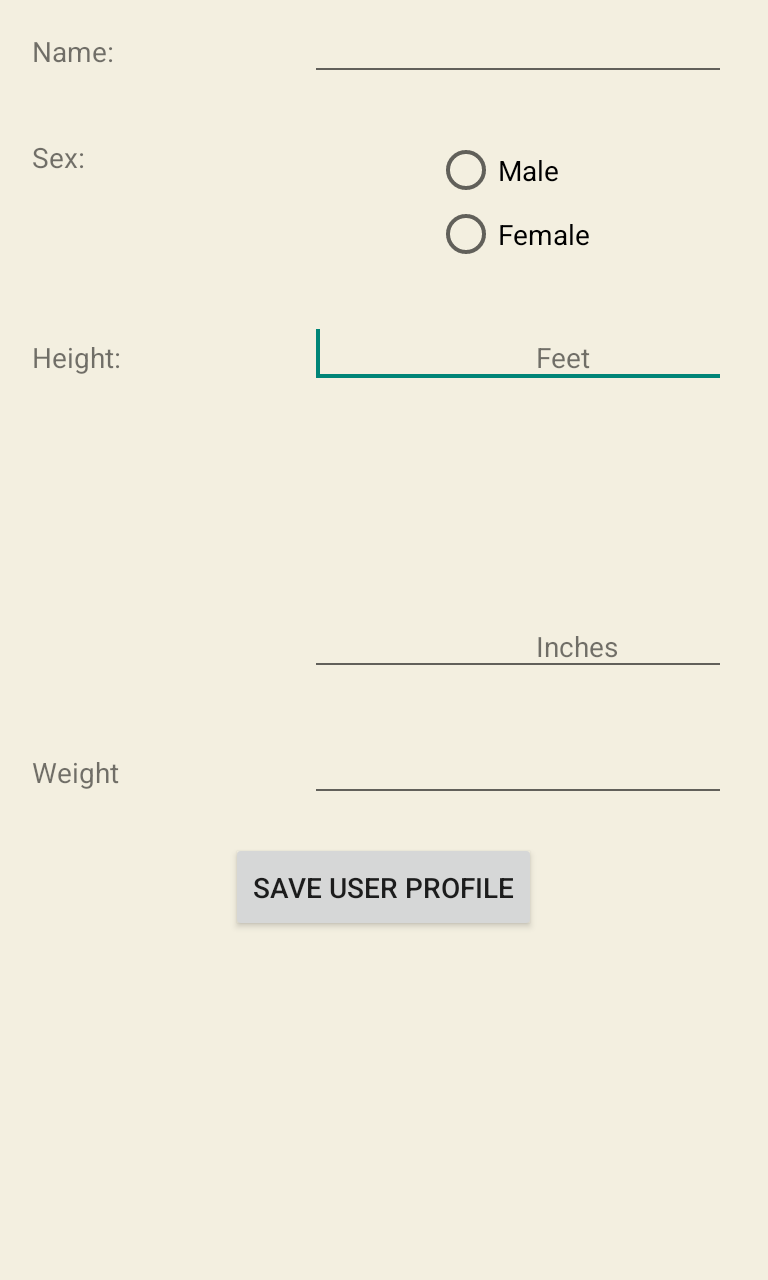
Repository: CS185Wingman/wingman
Layout: Workspace/wingman/res/layout/user_settings.xml
An editor plug-in stored every save of this project. The layout is shown before and after the next save, followed by the edit.
It is drawn on a 768 x 1280 px phone screen (xhdpi) without system bars, with theme AppTheme; the app's code is not run.

Above is the layout before, as saved 2014-06-06 04:23:19.

### Workspace/wingman/res/layout/user_settings.xml
<?xml version="1.0" encoding="utf-8"?>
<RelativeLayout xmlns:android="http://schemas.android.com/apk/res/android"
    android:layout_width="wrap_content"
    android:layout_height="wrap_content"
    android:background="@color/offwhite" >

    <TextView
        android:id="@+id/nameLabel"
        android:layout_width="wrap_content"
        android:layout_height="wrap_content"
        android:layout_alignParentLeft="true"
        android:layout_alignParentTop="true"
        android:layout_marginLeft="16dp"
        android:layout_marginTop="16dp"
        android:text="Name:" />

    <EditText
        android:id="@+id/nameField"
        android:layout_width="wrap_content"
        android:layout_height="wrap_content"
        android:layout_alignBaseline="@+id/nameLabel"
        android:layout_alignBottom="@+id/nameLabel"
        android:layout_alignParentRight="true"
        android:layout_marginRight="20dp"
        android:ems="10"
        android:inputType="textPersonName" />

    <TextView
        android:id="@+id/sexLabel"
        android:layout_width="wrap_content"
        android:layout_height="wrap_content"
        android:layout_alignLeft="@+id/nameLabel"
        android:layout_below="@+id/nameField"
        android:layout_marginTop="26dp"
        android:text="Sex:" />

    <RadioButton
        android:id="@+id/maleButton"
        android:layout_width="wrap_content"
        android:layout_height="wrap_content"
        android:layout_alignLeft="@+id/nameField"
        android:layout_alignTop="@+id/sexLabel"
        android:layout_marginLeft="63dp"
        android:text="Male" />

    <RadioButton
        android:id="@+id/femaleButton"
        android:layout_width="wrap_content"
        android:layout_height="wrap_content"
        android:layout_alignLeft="@+id/maleButton"
        android:layout_below="@+id/maleButton"
        android:text="Female" />

    <TextView
        android:id="@+id/heightLabel"
        android:layout_width="wrap_content"
        android:layout_height="wrap_content"
        android:layout_alignLeft="@+id/sexLabel"
        android:layout_below="@+id/femaleButton"
        android:layout_marginTop="36dp"
        android:text="Height:" />

    <EditText
        android:id="@+id/heightField"
        android:layout_width="wrap_content"
        android:layout_height="wrap_content"
        android:layout_alignBaseline="@+id/heightLabel"
        android:layout_alignBottom="@+id/heightLabel"
        android:layout_alignLeft="@+id/nameField"
        android:ems="10"
        android:inputType="number" >

        <requestFocus />
    </EditText>

    <EditText
        android:id="@+id/inchesField"
        android:layout_width="wrap_content"
        android:layout_height="wrap_content"
        android:layout_alignLeft="@+id/heightField"
        android:layout_alignRight="@+id/heightField"
        android:layout_centerVertical="true"
        android:ems="10"
        android:inputType="number" />

    <TextView
        android:id="@+id/feetLabel"
        android:layout_width="wrap_content"
        android:layout_height="wrap_content"
        android:layout_alignBaseline="@+id/heightField"
        android:layout_alignBottom="@+id/heightField"
        android:layout_alignRight="@+id/femaleButton"
        android:text="Feet" />

    <TextView
        android:id="@+id/inchesLabel"
        android:layout_width="wrap_content"
        android:layout_height="wrap_content"
        android:layout_alignBaseline="@+id/inchesField"
        android:layout_alignBottom="@+id/inchesField"
        android:layout_alignLeft="@+id/feetLabel"
        android:text="Inches" />

    <TextView
        android:id="@+id/weightLabel"
        android:layout_width="wrap_content"
        android:layout_height="wrap_content"
        android:layout_alignLeft="@+id/heightLabel"
        android:layout_below="@+id/inchesField"
        android:layout_marginTop="36dp"
        android:text="Weight" />

    <EditText
        android:id="@+id/weightField"
        android:layout_width="wrap_content"
        android:layout_height="wrap_content"
        android:layout_alignBaseline="@+id/weightLabel"
        android:layout_alignBottom="@+id/weightLabel"
        android:layout_alignLeft="@+id/inchesField"
        android:ems="10"
        android:inputType="number" />

    <Button
        android:id="@+id/saveSettingsButton"
        android:layout_width="wrap_content"
        android:layout_height="wrap_content"
        android:layout_below="@+id/weightField"
        android:layout_centerHorizontal="true"
        android:layout_marginTop="16dp"
        android:text="Save User Profile" />

</RelativeLayout>

### Workspace/wingman/res/values/colors.xml
<?xml version="1.0" encoding="utf-8"?>
<resources>
    <color name="red">#ff0000</color>
    <color name="green">#00ff00</color>
    <color name="orange">#ff6600</color>
    <color name="blue">#0066FF</color>
    <color name="grey">#696969</color>
    <color name="teal">#217c7e</color>
    <color name="offwhite">#f3efe0</color>
    <color name="lightblue">#3399ff</color>
    <color name="darkred">#9a3334</color>
</resources>

Loaded but not shown: Workspace/wingman/res/values/styles.xml (common file); Workspace/wingman/res/values-v11/styles.xml (common file); Workspace/wingman/res/values-v14/styles.xml (common file)

After the next save:
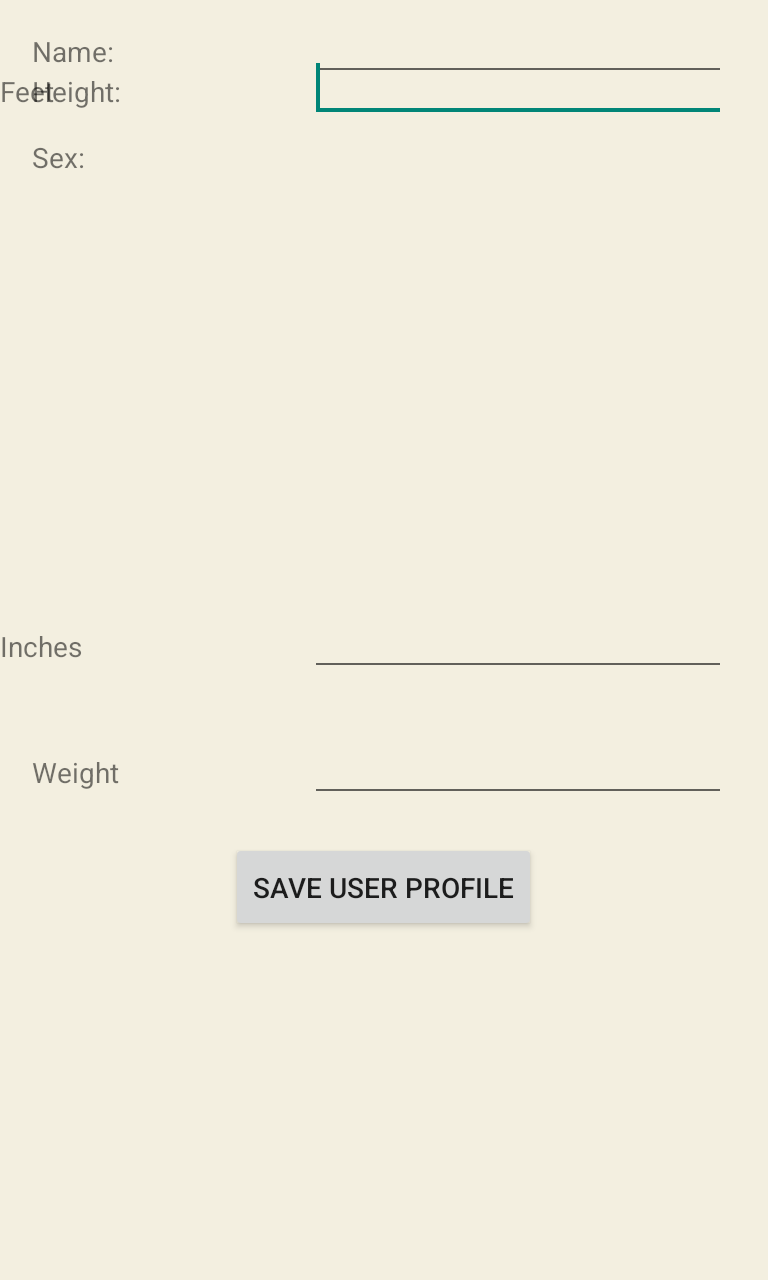
Saved 107 s later.
--- a/Workspace/wingman/res/layout/user_settings.xml
+++ b/Workspace/wingman/res/layout/user_settings.xml
@@ -34,7 +34,8 @@
         android:layout_marginTop="26dp"
         android:text="Sex:" />
 
-    <RadioButton
+    <RadioGroup>
+        <RadioButton
         android:id="@+id/maleButton"
         android:layout_width="wrap_content"
         android:layout_height="wrap_content"
@@ -50,6 +51,8 @@
         android:layout_alignLeft="@+id/maleButton"
         android:layout_below="@+id/maleButton"
         android:text="Female" />
+    </RadioGroup>
+
 
     <TextView
         android:id="@+id/heightLabel"
